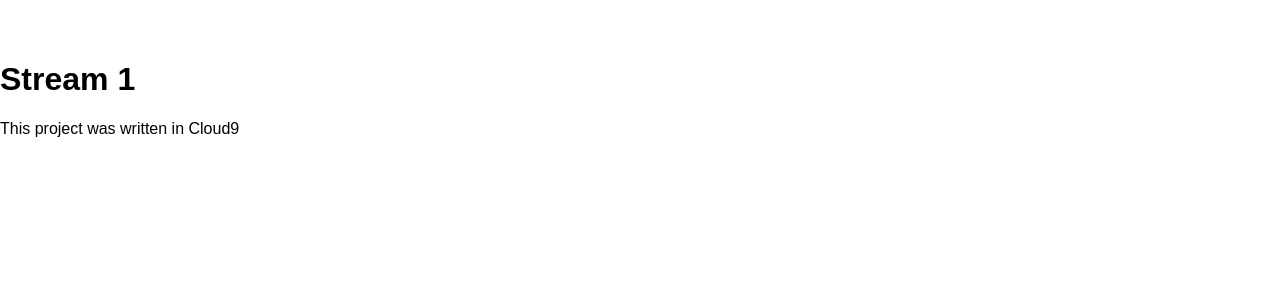
Repository: malc-u/trial
Page: Stream1.html
The author's editor kept a record of every edit. The page is drawn from the files as they stood at one moment, then again after the next edit.
The browser window is 1280 px wide. The pictures show the whole page.

Above is the page before.

### Stream1.html
<!DOCTYPE html>
<html>
  <head>
    <link rel="stylesheet" href="css/style.css" type="text/css" />
    <title>Stream 1</title>

  </head>
  <nav>
      <ul>
          <li><a href= "Stream1.html">Stream 1</a></li>
          <li><a href="stream2.html">Stream 2</a></li>
          <li><a href="stream3.html">Stream 3</a></li>
      </ul>
  </nav>
  <body>
      <h1>Stream 1</h1>
      <p>This project was written in Cloud9</p>

  </body>
</html>

### CSS/style.css
body {
    margin: 0;
    padding: 0;
    font-family: "Oswald", sans-serif;
}

nav ul {
    list-style: none;
    color:; #4a4a4f;
    text-align: center;
    margin: 0;
    padding: 0;
}

nav li {
    font-size: 1.2em;
    line-height: 40px;
    height: 40px;
    display: inline-block;
    margin-left: 2.5%
}

nav a{
    text-decoration: none;
    color: #ffffff;
    display: block;
}

nav a:hover {
    background-color: #ffffff;
    color: #4a4a4f;
}

After the next edit:
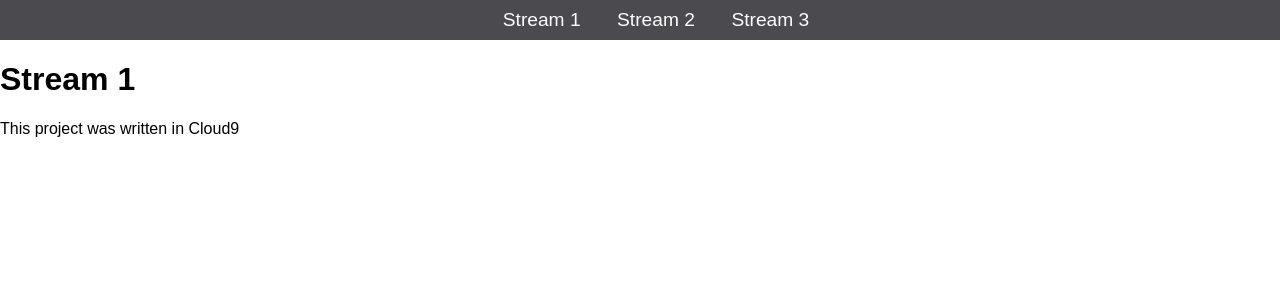
The edit:
--- a/CSS/style.css
+++ b/CSS/style.css
@@ -6,7 +6,7 @@
 
 nav ul {
     list-style: none;
-    color:; #4a4a4f;
+    background-color: #4a4a4f;
     text-align: center;
     margin: 0;
     padding: 0;
